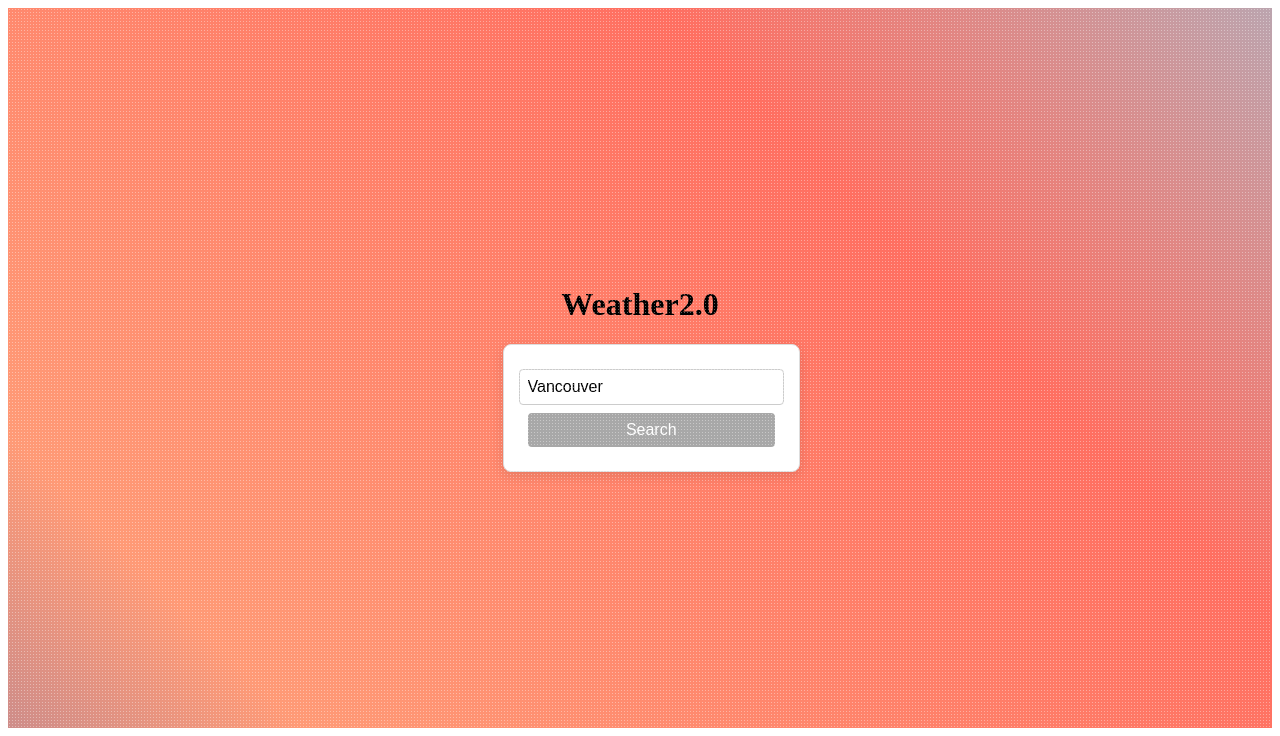
Repository: schwendyjr/COMP3170-Project
Page: /
The author's editor kept a copy of each file at every save. The page is drawn from the files as they stood at one save, then again after the next save.
The browser window is 1280 px wide. The pictures show the whole page.
The page's requests for data from a server got no answer. The project was rebuilt for these pictures with package versions that can differ from the ones it lists, and the page was loaded fresh each time. The framework's server and built-in components were replaced by stand-ins that run in the browser. No one was signed in, and anything a server would have sent is missing. Also part of the build but not shown: utils/formatDate.js, components/WeatherCardItem.js, components/Forecast.js.

Above is the page before, as saved 2024-12-03 20:44:39.

After the next save:
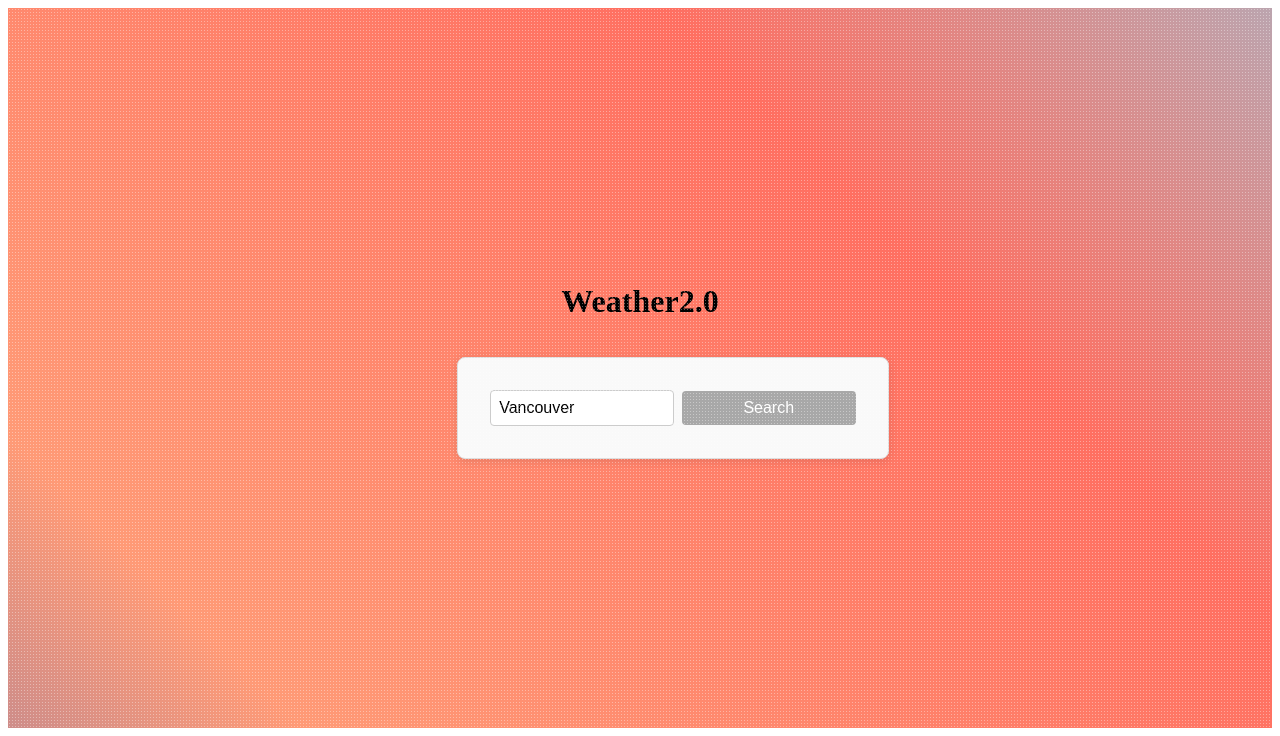
Saved 16 s later.
--- a/styles/Home.module.css
+++ b/styles/Home.module.css
@@ -121,16 +121,19 @@ pointer-events: none;
 
 .searchForm {
   display: flex;
-  flex-direction: column; /* Stack input and button */
+  gap: 0.5rem;
+  margin: 1rem 0;
   align-items: center;
-  gap: 0.5rem; /* Space between input and button */
-  width: 90%; /* Responsive width */
-  max-width: 300px; /* Limit form size to make it smaller */
-  padding: 1.5rem;
+  justify-content: center;
+
+  /* flex-direction: column; /* Stack input and button */
+  padding: 2rem;
+  width: 100%;
+  max-width: 400px; /* Limit form width */
   border: 1px solid #ddd;
   border-radius: 8px;
-  box-shadow: 0 4px 12px rgba(0, 0, 0, 0.1);
-  background-color: #ffffff;
+  box-shadow: 0 2px 10px rgba(0, 0, 0, 0.1);
+  background-color: #f9f9f9; */
 }
 
 .searchForm input {
